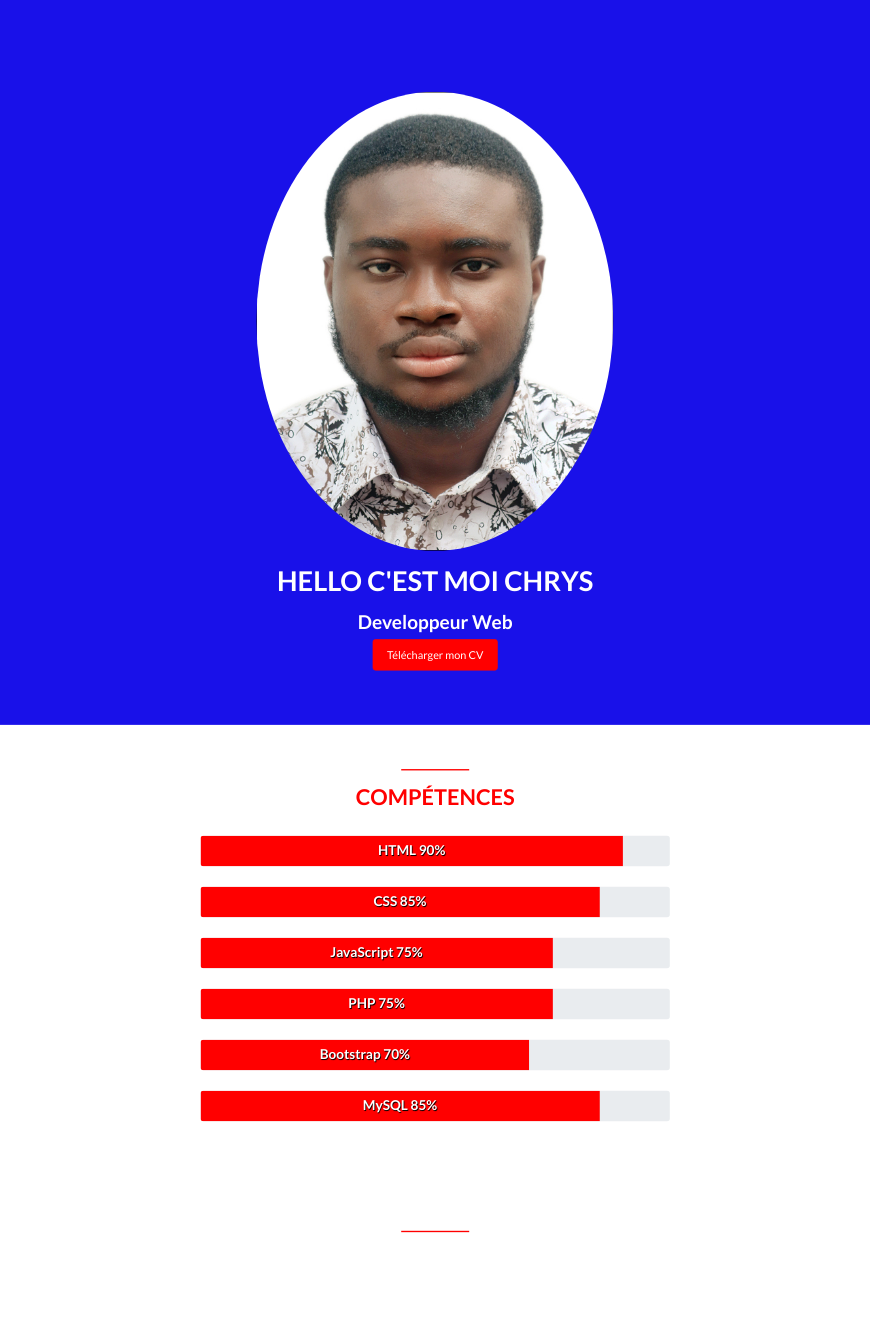
Repository: CHRYSOVR/CV_en_ligne_Interactif
Page: index.html
The author's editor kept a copy of each file at every save. The page is drawn from the files as they stood at one save, then again after the next save.
The browser window is 1280 px wide. The pictures show the whole page, at 68% of full size.

Above is the page before, as saved 2025-07-08 21:37:06.
Console error: TypeError: Cannot read properties of undefined (reading 'fn')

### index.html
<!DOCTYPE html>
<html lang="fr">
  <head>
    <meta charset="UTF-8" />
    <meta name="viewport" content="width=device-width, initial-scale=1.0" />
    <link rel="preconnect" href="https://fonts.googleapis.com" />
    <link rel="preconnect" href="https://fonts.gstatic.com" crossorigin />
    <link
      href="https://fonts.googleapis.com/css2?family=Lato:ital,wght@0,100;0,300;0,400;0,700;0,900;1,100;1,300;1,400;1,700;1,900&display=swap"
      rel="stylesheet"
    />
    <link
      rel="stylesheet"
      href="https://cdn.jsdelivr.net/npm/bootstrap@4.0.0/dist/css/bootstrap.min.css"
      integrity="sha384-Gn5384xqQ1aoWXA+058RXPxPg6fy4IWvTNh0E263XmFcJlSAwiGgFAW/dAiS6JXm"
      crossorigin="anonymous"
    />
    <script
      src="https://cdn.jsdelivr.net/npm/bootstrap@4.0.0/dist/js/bootstrap.min.js"
      integrity="sha384-JZR6Spejh4U02d8jOt6vLEHfe/JQGiRRSQQxSfFWpi1MquVdAyjUar5+76PVCmYl"
      crossorigin="anonymous"
    ></script>
    <link rel="stylesheet" href="css/style.css" />
    <script src="js/script.js"></script>
    <title>CV SANNE-TIA</title>
  </head>
  <body>
    <section id="about" class="container-fluid">
      <div class="col-8 col -lg-4 profile-picture">
        <img src="images/Me.JPG" alt="photo sanne-tia" class="rounded-circle" />
      </div>
      <div class="heading">
        <h1>Hello c'est moi Chrys</h1>
        <h3>Developpeur Web</h3>
        <a
          href="documents/CV_Sanne-Tia.pdf"
          class="btn btn-danger"
          target="_blank"
          >Télécharger mon CV</a
        >
      </div>
    </section>

    <section id="skills">
      <div class="divider"></div>
      <div class="heading">
        <h2>Compétences</h2>
      </div>
      <div class="container">
        <div class="row justify-content-center">
          <div class="col-12 col-md-8">
            <div class="mb-3">
              <div class="progress">
                <div
                  class="progress-bar"
                  role="progressbar"
                  style="width: 90%"
                  aria-valuenow="90"
                  aria-valuemin="0"
                  aria-valuemax="100"
                >
                  <h5>HTML 90%</h5>
                </div>
              </div>
            </div>
            <div class="mb-3">
              <div class="progress">
                <div
                  class="progress-bar"
                  role="progressbar"
                  style="width: 85%"
                  aria-valuenow="85"
                  aria-valuemin="0"
                  aria-valuemax="100"
                >
                  <h5>CSS 85%</h5>
                </div>
              </div>
            </div>
            <div class="mb-3">
              <div class="progress">
                <div
                  class="progress-bar"
                  role="progressbar"
                  style="width: 75%"
                  aria-valuenow="75"
                  aria-valuemin="0"
                  aria-valuemax="100"
                >
                  <h5>JavaScript 75%</h5>
                </div>
              </div>
            </div>
            <div class="mb-3">
              <div class="progress">
                <div
                  class="progress-bar"
                  role="progressbar"
                  style="width: 75%"
                  aria-valuenow="75"
                  aria-valuemin="0"
                  aria-valuemax="100"
                >
                  <h5>PHP 75%</h5>
                </div>
              </div>
            </div>
            <div class="mb-3">
              <div class="progress">
                <div
                  class="progress-bar"
                  role="progressbar"
                  style="width: 70%"
                  aria-valuenow="70"
                  aria-valuemin="0"
                  aria-valuemax="100"
                >
                  <h5>Bootstrap 70%</h5>
                </div>
              </div>
            </div>
            <div class="mb-3">
              <div class="progress">
                <div
                  class="progress-bar"
                  role="progressbar"
                  style="width: 85%"
                  aria-valuenow="85"
                  aria-valuemin="0"
                  aria-valuemax="100"
                >
                  <h5>MySQL 85%</h5>
                </div>
              </div>
            </div>
          </div>
        </div>
      </div>
    </section>
   <section id="experience">
      <div class="divider"></div>
      <div class="heading">
        <h2>Expérience Professionnelle </h2>
      </div>
      </section>
    </body>
</html>

### css/style.css
/*GENERAL*/

body{
    font-family: 'Lato', sans-serif;

}
h1,h2,h3,h4,h5,h6{
    font-weight: bold;


}
.divider{
    width: 100px;
    height: 2px;
    background-color: #ff0000;
    margin:0 auto 20px ;
}
/*ABOUT*/
#about{
    background-color: #1911e9;

}
.profile-picture{
    text-align: center;
    margin: 70px auto 0;

}
section{
padding: 65px 0 80px 0;

}
 .heading{
    text-align: center;
    color: white;
    margin-top: 20px;
}
.heading h2{
    text-transform: uppercase;
}
img{
    max-width: 100%;
    height: auto;
}
#about .heading h1{
    color: white;
    text-transform: uppercase;
    margin-bottom: 20px;

}
.btn-danger{
    background-color: #ff0000;
    border-color: #ff0000;
    color: white;
    padding: 10px 20px;
    font-size: 16px;
    text-decoration: none;
    transition: all 0.7 s ease-in 2s;
}
.btn-danger:hover{
    background:rgba(255, 255, 255, 0.137);
    border-color: #00ff11fe;
    color: white;
    padding: 10px 20px;
    font-size: 16px;
    text-decoration: none;
}
/*SKILLS*/
#skills .heading h2 {
    color:red
}
#skills .progress {
    height: 45px;
    margin: 30px 20px;

}
#skills .progress:last-child{
    margin-bottom: 0;
}
#skills .progress-bar {
    background-color: #ff0000;

}
#skills .progress-bar h5{
    text-shadow: 1px 1px 1px black;
    margin-bottom: 3px;
}

Loaded but not shown: js/script.js (no stored copy; drawn as an empty file)

After the next save:
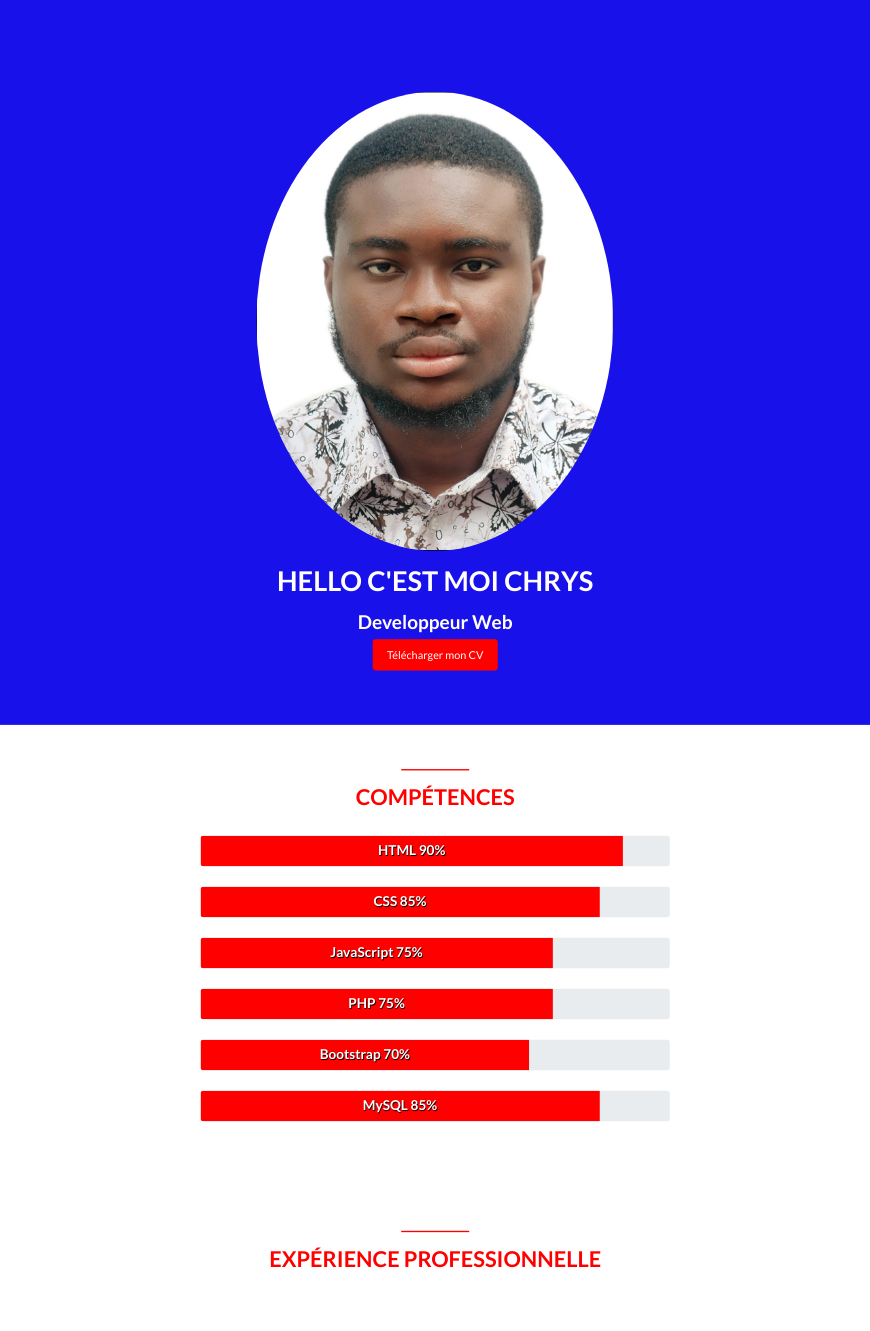
Saved 47 s later.
--- a/index.html
+++ b/index.html
@@ -137,7 +137,7 @@
         </div>
       </div>
     </section>
-   <section id="experience">
+   <section id="skills">
       <div class="divider"></div>
       <div class="heading">
         <h2>Expérience Professionnelle </h2>

After the save that followed:
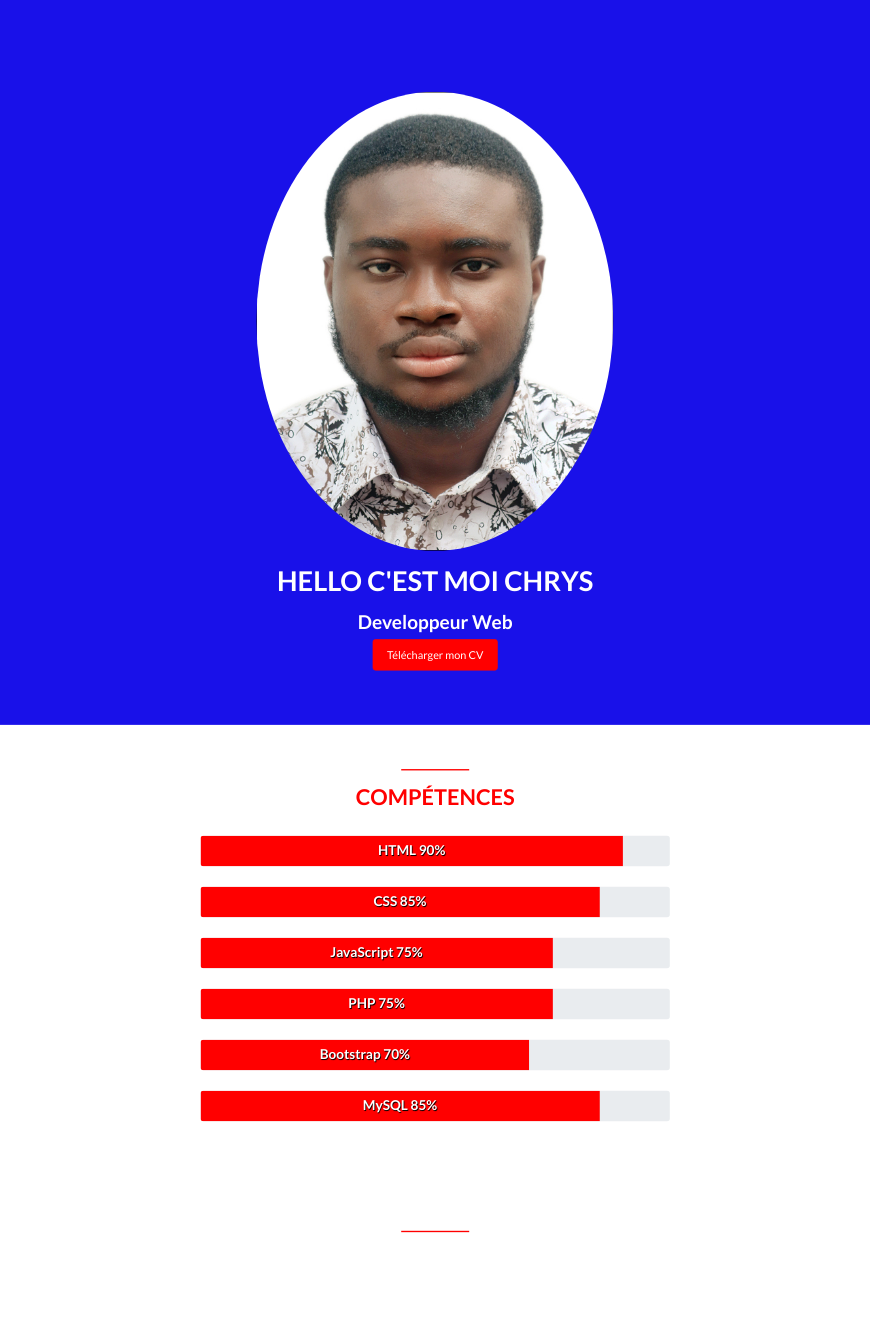
Saved 31 s later.
--- a/index.html
+++ b/index.html
@@ -137,7 +137,7 @@
         </div>
       </div>
     </section>
-   <section id="skills">
+   <section id="experience">
       <div class="divider"></div>
       <div class="heading">
         <h2>Expérience Professionnelle </h2>
